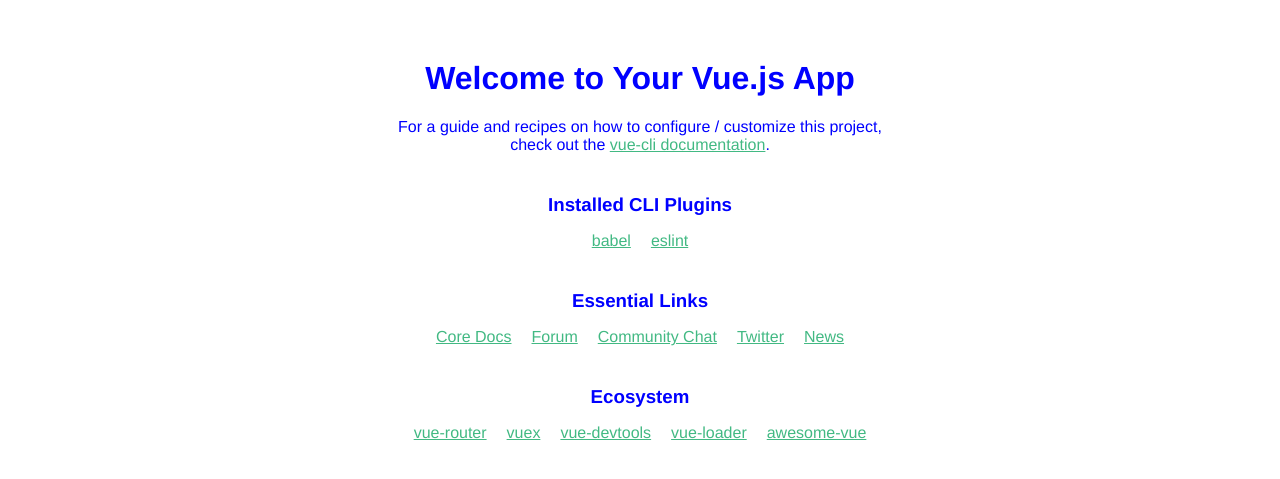
Repository: nosplashurinal/akd-blog
Page: /
An editor plug-in stored every save of this project. The page is shown before and after the next save, followed by the edit.
The browser window is 1280 px wide. The pictures show the whole page.
The project was rebuilt for these pictures with package versions that can differ from the ones it lists, and the page was loaded fresh each time.

Above is the page before, as saved 2019-01-21 18:21:02.

After the next save:
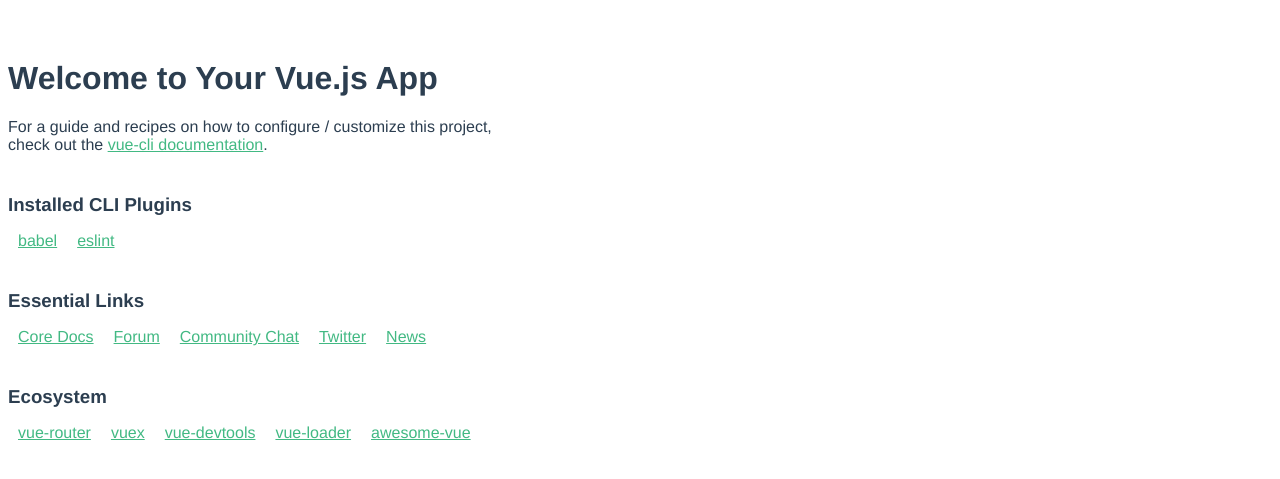
Saved 16 s later.
--- a/src/styles/app.scss
+++ b/src/styles/app.scss
@@ -2,7 +2,7 @@
   font-family: 'Avenir', Helvetica, Arial, sans-serif;
   -webkit-font-smoothing: antialiased;
   -moz-osx-font-smoothing: grayscale;
-  text-align: center;
-  color: blue;
+  text-align: left;
+  color: #2c3e50;
   margin-top: 60px;
 }
